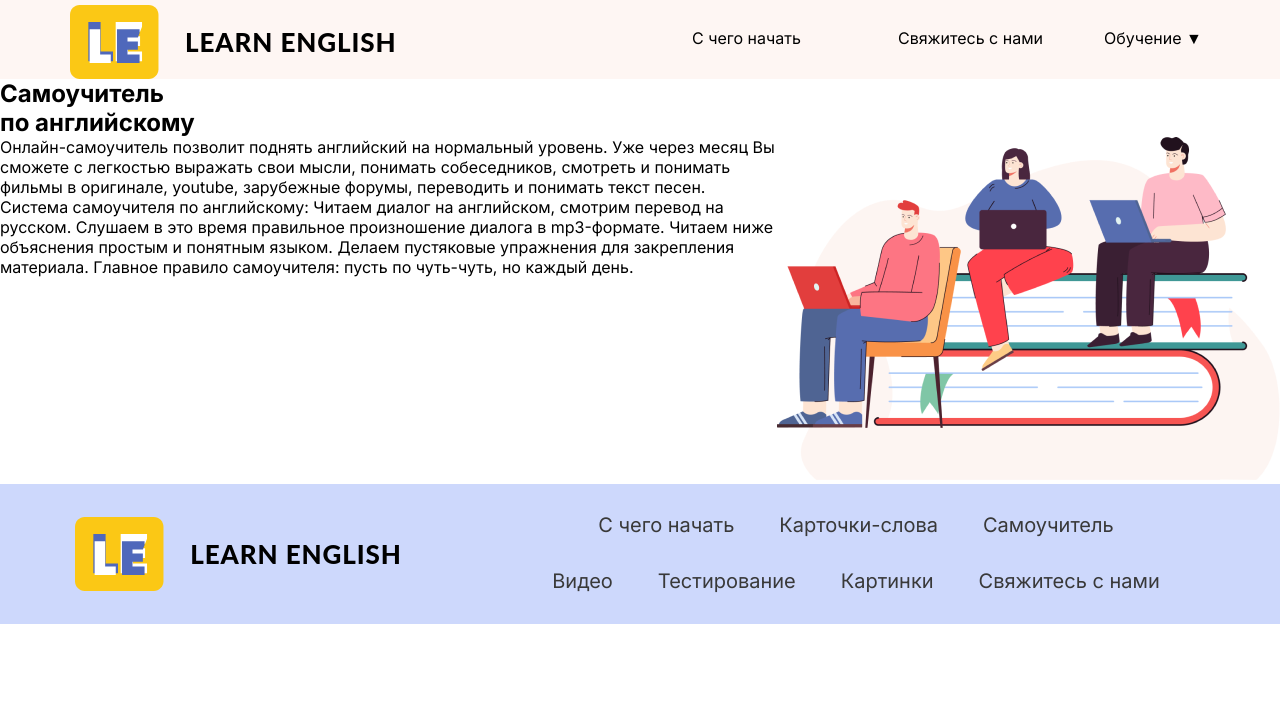
Repository: WladimirVA/Diplom
Page: scool/lesson.html
These files come from the project's save history. The page is drawn as it stood at one moment and after the next save; the edit follows.
The browser window is 1280 px wide. The pictures show the whole page.

Above is the page before, as saved 2023-07-19 16:04:17.

After the next save:
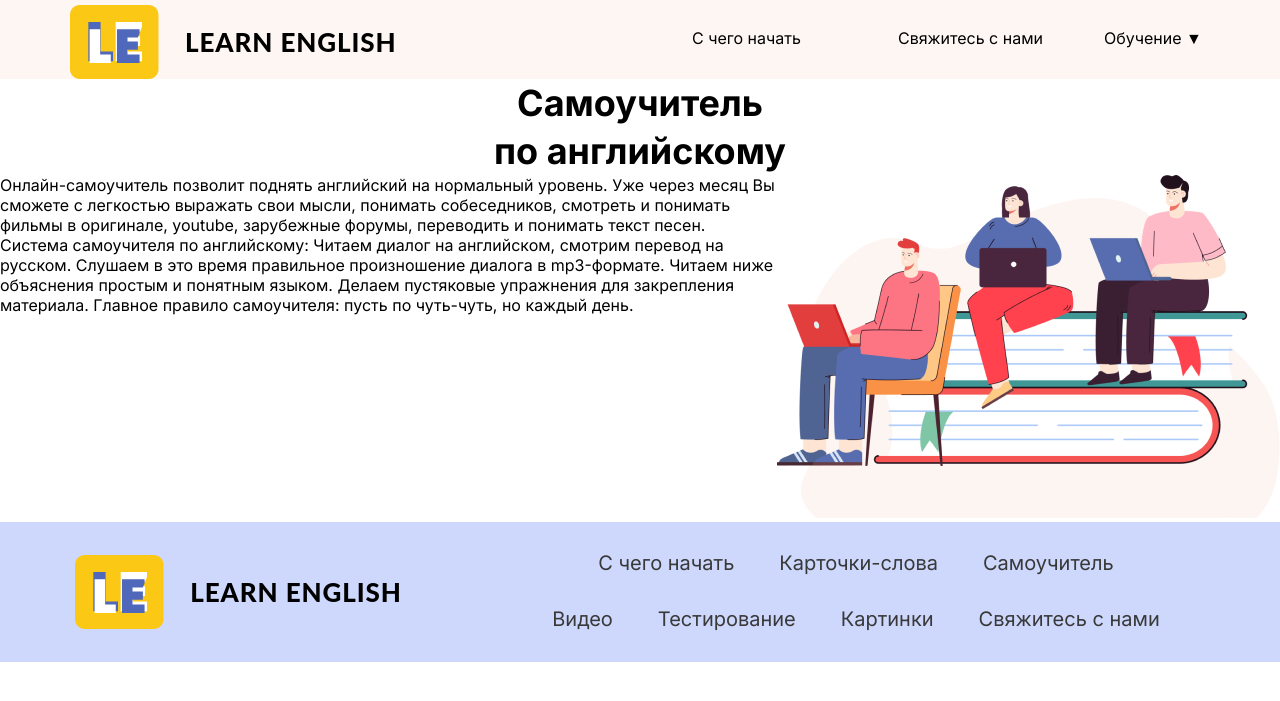
Saved 8 s later.
--- a/scool/lesson.html
+++ b/scool/lesson.html
@@ -45,7 +45,7 @@
     <main>
         <section class="TUTORIAL">
             <div class="section">
-                <h1>Самоучитель <br>по английскому</h1>
+                <h1 class="tutorial-h1">Самоучитель <br>по английскому</h1>
                 <div class="content-tutorial">
                     <div class="tutorial-inf">
                         <p>Онлайн-самоучитель позволит поднять английский на нормальный уровень. Уже через месяц Вы сможете с легкостью выражать свои мысли, понимать собеседников, смотреть и понимать фильмы в оригинале, youtube, зарубежные форумы, переводить и понимать текст песен.
